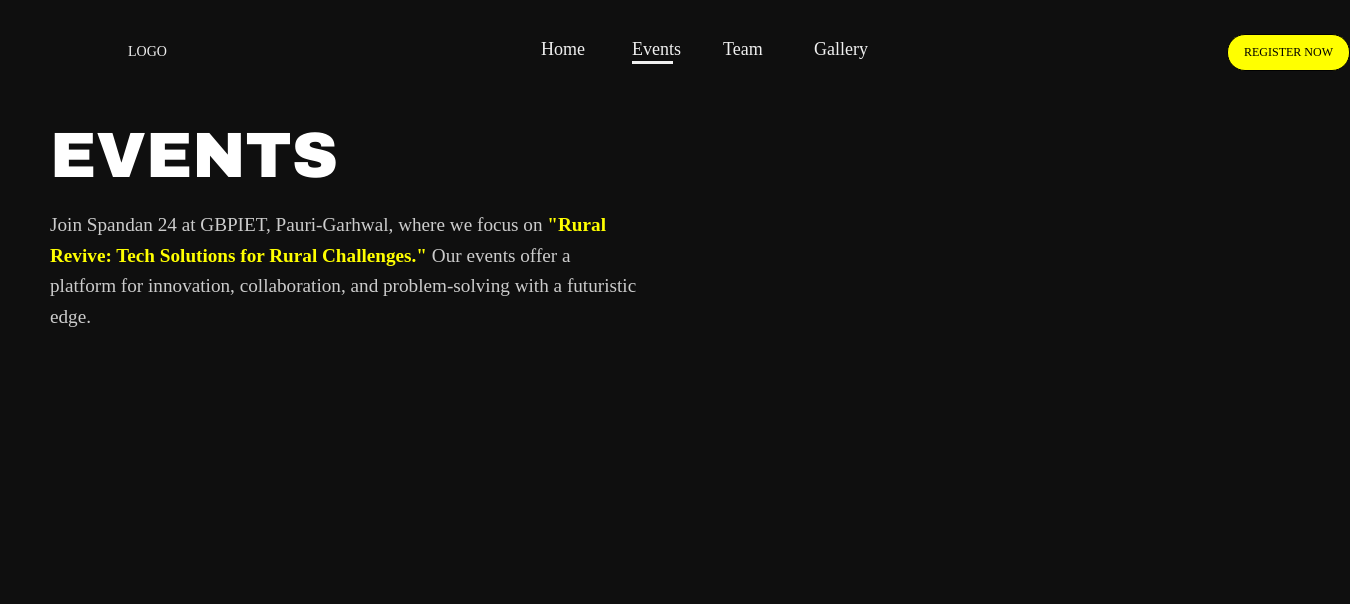
Repository: s4bbi/spandan-3.0
Page: /Events
An editor plug-in stored every save of this project. The page is shown before and after a run of saves, followed by the edit.
The browser window is 1280 px wide. The page is 1350 px wide, so the pictures cover 1350 px, including what lies to the right of the window. The pictures show the whole page.
The project was rebuilt for these pictures with package versions that can differ from the ones it lists, and the page was loaded fresh each time. Also part of the build but not shown: vite.config.js, src/pages/Home/Home.jsx.

Above is the page before, as saved 2024-11-02 02:12:00.

### src/App.jsx
import React from 'react'
import Navbar from './components/Navbar/Navbar'
import { Route, Routes } from 'react-router-dom'
import Home from  './pages/Home/Home'
import Events from  './pages/Events/Events'


const App = () => {
  return (
    <div className='app'>
      <Navbar/>
      { <Routes>
        <Route path="/" element={<Home />} />
        <Route path="Events" element={<Events />} />
      </Routes> }
    </div>
  )
}

export default App

### src/components/Navbar/Navbar.jsx
import React, {useState} from 'react'
import './Navbar.css'
// import {assets} from'../../assets/assets'
const Navbar = () => {

  const [menu,setMenu] = useState("Events");
  return (
    <div className='navbar'>
        <h1 className="logo">LOGO</h1>
        <ul className="navbar-menu">
            <li onClick={()=>setMenu("Home")} className={menu=="Home"?"active":""}>Home</li>
            <li onClick={()=>setMenu("Events")} className={menu=="Events"?"active":""}>Events</li>
            <li onClick={()=>setMenu("Team")} className={menu=="Team"?"active":""}>Team</li>
            <li onClick={()=>setMenu("Gallery")} className={menu=="Gallery"?"active":""}>Gallery</li>
        </ul>


        <button>REGISTER NOW</button>
     </div>

  )
}

export default Navbar

### src/pages/Events/Events.jsx
import React from 'react'
import './Events.css'
import HeroSection from '../../components/HeroSection/HeroSection'

const Events = () => {
  return (
    <div>
      <HeroSection/>
    </div>
  )
}

export default Events

### src/components/Navbar/Navbar.css
.navbar{
    width: 1222px;
    height: 37px;
    margin-top: 34px;
    margin-left: 128px;
    border-radius: 20px 0px 0px 0px;
    display: flex;
    justify-content: space-between;
    align-items: center;
}

.logo{
    width: 41px;
    height: 17px;
    font-family: Gilroy-Light;
    font-size: 14px;
    font-weight: 400;
    line-height: 16.8px;
    text-align: left;
    color:#F0F0F0;
   }

.navbar-menu{
    display:flex;
    list-style:none;
    gap:50px;
    color:#F0F0F0;
    ;
   }

.navbar button{
    background:transparent;
    font-size: 12px;
    background-color:#FFFF00;
    font-family: Gilroy-SemiBold;
    border: 1px solid #010101;
    ;
    padding: 10px 16px 10px 16px;
    border-radius: 18px 18px 18px 18px;
    cursor: pointer;}
    /* transition: 0.3s; */
    /* width: Hug (132px)px; */
 /* height: Hug (37px)px;
top: 34px;
left: 1218px;
padding: 10px 16px 10px 16px;
} */

  .navbar button:hover{
    background-color:#FFFFFF;
    color: #e74c3c;
    }

  /* .navbar .active{
    padding-bottom: 3px;
    border-bottom: 3px solid #49557e;
}   */

.navbar .active {
    padding-bottom: 3px;
    border-bottom: 3px solid #F0F0F0;}
.navbar li{
    cursor: pointer;
    width: 41px;
    height: 17px;
    font-family: Gilroy-SemiBold;
    font-size: 18px;
    font-weight: 400;
    line-height: 17.15px;
    text-align: left;
}

### src/components/HeroSection/HeroSection.jsx
import React from 'react'
import "./HeroSection.css";
import roboticHandImage from "../assets/eventsHand.webp";



const HeroSection = () => {
  return (
    <div>
      <section className="hero">
      <div className="hero-text">
        <h1 className="hero-title">EVENTS</h1>
        <p className="hero-description">
          Join Spandan 24 at GBPIET, Pauri-Garhwal, where we focus on <span className="highlight">"Rural Revive: Tech Solutions for Rural Challenges."</span> Our events offer a platform for innovation, collaboration, and problem-solving with a futuristic edge.
        </p>
      </div>
      {/* <img src={roboticHandImage} alt="Robotic Hand" className="hero-image" /> */}
    </section>
    </div>
  )
}

export default HeroSection

### src/components/HeroSection/HeroSection.css
.hero {
    display: flex;
    align-items: center;
    justify-content: space-between;
    padding: 50px;
    max-width: 1200px;
    margin: 0 auto;
  }

  .hero-text {
    width: 50%;
    color: white;
  }

  .hero-title {
    font-size: 4em;
    margin: 0;
    font-family: 'Arial Black', sans-serif;
  }

  .hero-description {
    margin-top: 20px;
    font-size: 1.2em;
    line-height: 1.6;
    color: #ccc;
  }

  .highlight {
    color: yellow;
    font-weight: bold;
  }

  .hero-image {
    width: 45%;
    max-width: 500px;
    height: auto;
  }

### public/style.css
*{
    margin:0px;
    padding:0px;
}

body{
    background-color: #0f0f0f;
}

Loaded but not shown: index.html (common file); src/main.jsx (common file); src/pages/Events/Events.css (no stored copy; drawn as an empty file)

After the next 2 saves:
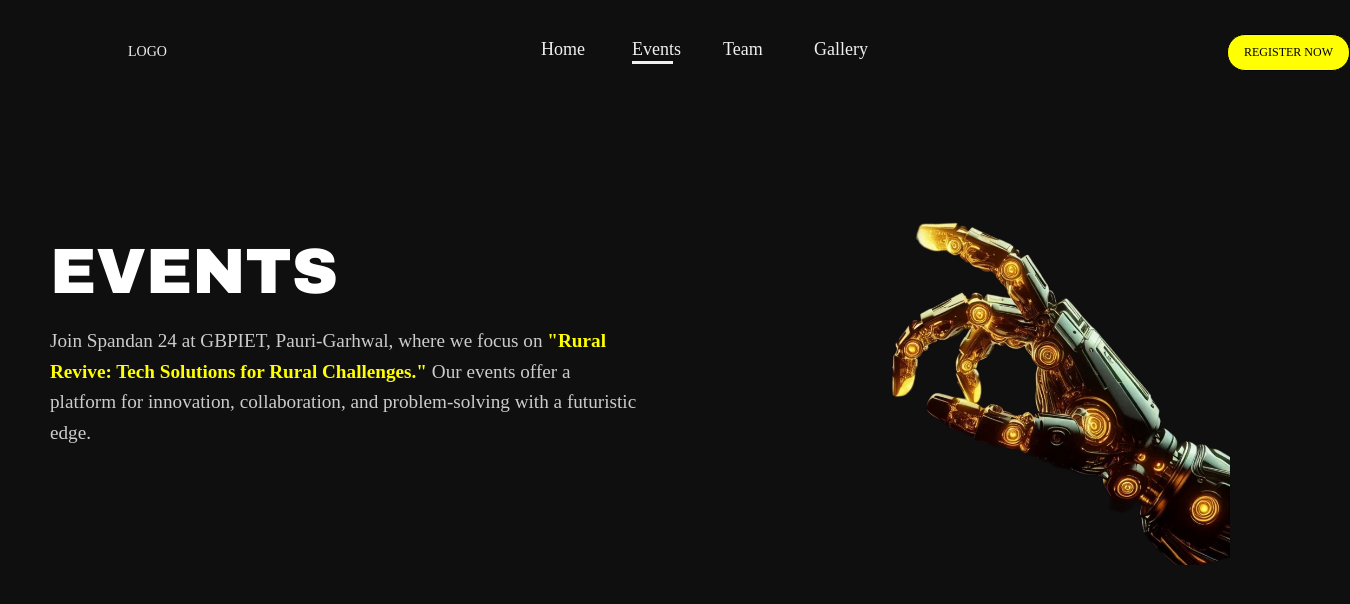
The 2 saves are shown as one change because they came seconds apart.
The last was saved 6 s later.
--- a/src/components/HeroSection/HeroSection.jsx
+++ b/src/components/HeroSection/HeroSection.jsx
@@ -1,6 +1,7 @@
 import React from 'react'
 import "./HeroSection.css";
 import roboticHandImage from "../assets/eventsHand.webp";
+
 
 
 
@@ -14,7 +15,7 @@
           Join Spandan 24 at GBPIET, Pauri-Garhwal, where we focus on <span className="highlight">"Rural Revive: Tech Solutions for Rural Challenges."</span> Our events offer a platform for innovation, collaboration, and problem-solving with a futuristic edge.
         </p>
       </div>
-      {/* <img src={roboticHandImage} alt="Robotic Hand" className="hero-image" /> */}
+      <img src={roboticHandImage} alt="Robotic Hand" className="hero-image" />
     </section>
     </div>
   )

After the save that followed:
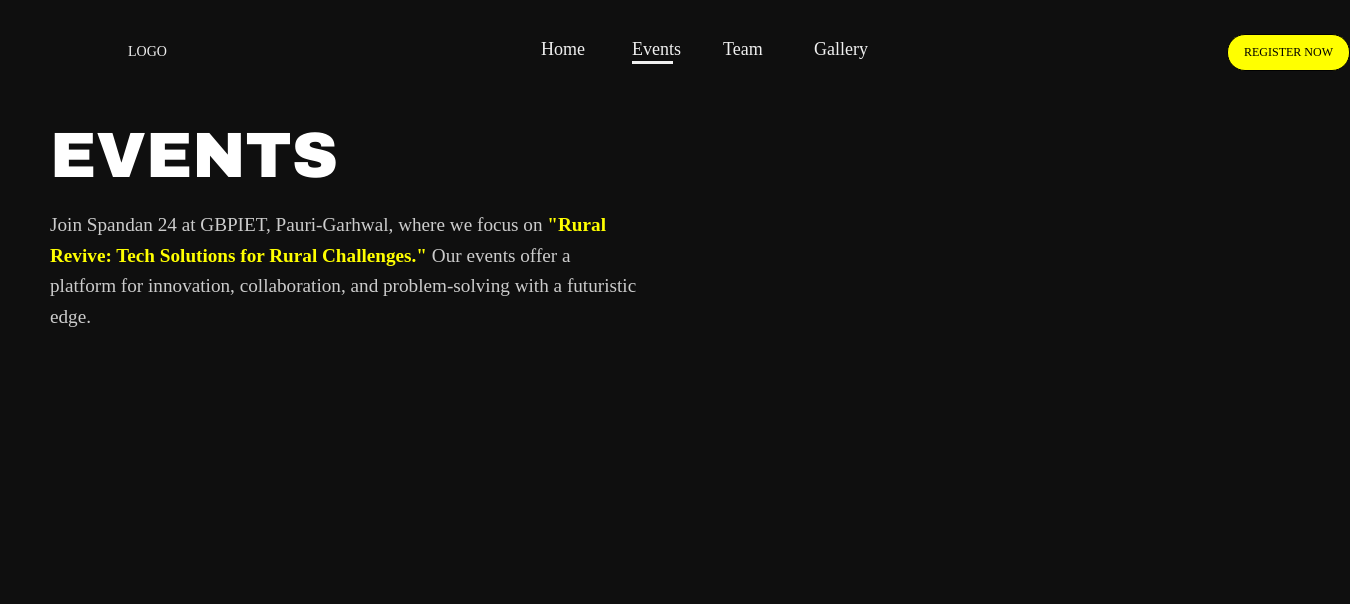
Saved 7 s later.
--- a/src/components/HeroSection/HeroSection.jsx
+++ b/src/components/HeroSection/HeroSection.jsx
@@ -15,7 +15,7 @@
           Join Spandan 24 at GBPIET, Pauri-Garhwal, where we focus on <span className="highlight">"Rural Revive: Tech Solutions for Rural Challenges."</span> Our events offer a platform for innovation, collaboration, and problem-solving with a futuristic edge.
         </p>
       </div>
-      <img src={roboticHandImage} alt="Robotic Hand" className="hero-image" />
+      {/* <img src={roboticHandImage} alt="Robotic Hand" className="hero-image" /> */}
     </section>
     </div>
   )
